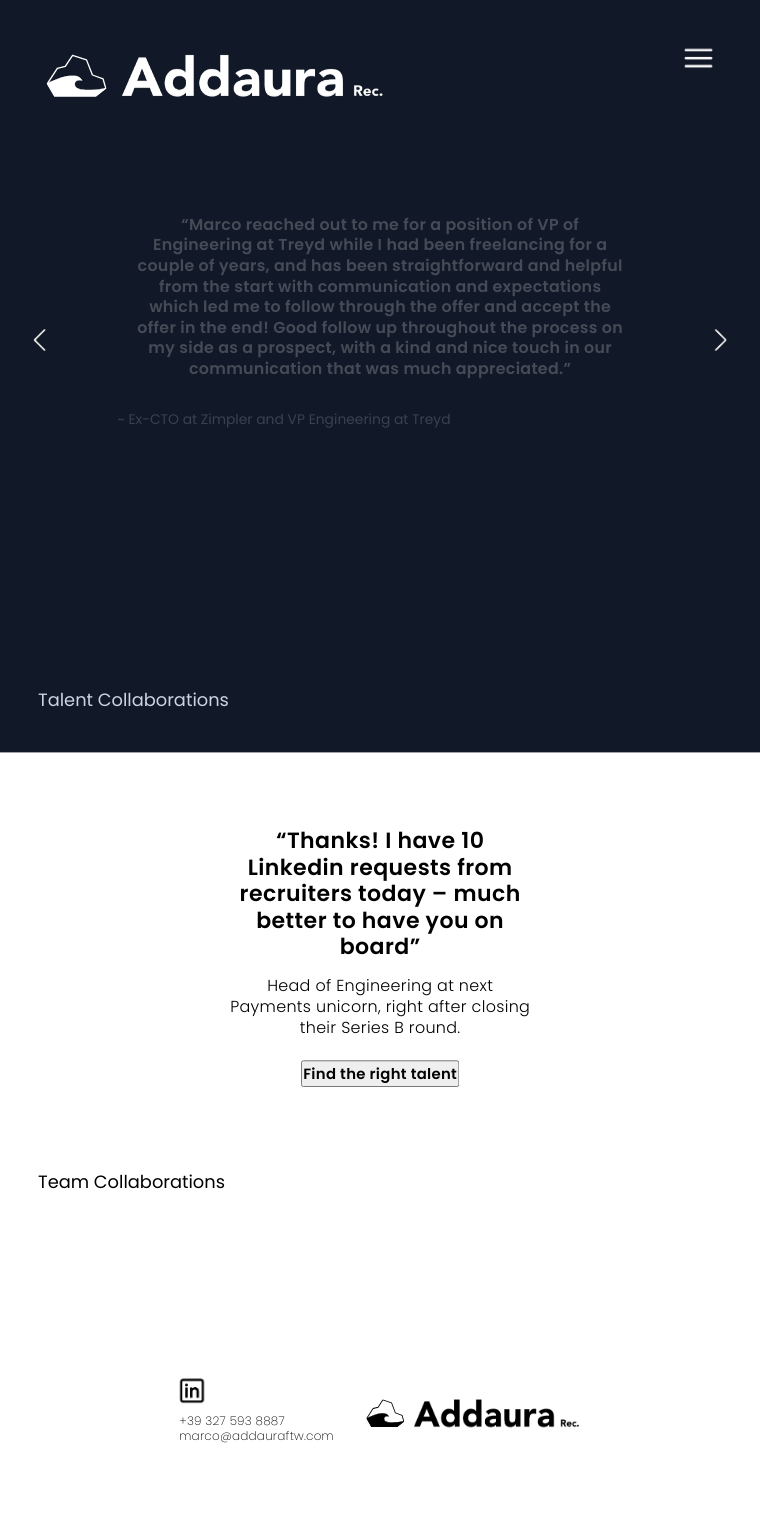
Repository: UnatPannu/Addaura-Trial
Page: public/clients.html
An editor plug-in stored every save of this project. The page is shown before and after the next save, followed by the edit.
The browser window is 768 px wide. The pictures show the whole page, at 99% of full size.

Above is the page before, as saved 2025-09-22 19:37:54.

### public/clients.html
<!DOCTYPE HTML>
<html>
    <head>
        <meta charset="UTF-8">
        <meta name="viewport" content="width=device-width, initial-scale=1.0">
        <link rel="preconnect" href="https://fonts.googleapis.com">
        <link rel="preconnect" href="https://fonts.gstatic.com" crossorigin>
        <link href="https://fonts.googleapis.com/css2?family=Montserrat:ital,wght@0,100..900;1,100..900&family=Poppins:ital,wght@0,100;0,200;0,300;0,400;0,500;0,600;0,700;0,800;0,900;1,100;1,200;1,300;1,400;1,500;1,600;1,700;1,800;1,900&display=swap" rel="stylesheet">
        <link rel="stylesheet" href="styles/styles.css">
        <link rel="stylesheet" href="styles/clients.css">
        <title>Clients - Addaura Rec</title>
        <link rel="icon" href="assets/Addaura-logo/rock.svg" media="(prefers-color-scheme: light)">
        <link rel="icon" href="assets/Addaura-logo/rock-dark.svg" media="(prefers-color-scheme: dark)">
    </head>
    <body class="clients">
        <div class="top-section">
        <header>
        <nav class="navbar" role="navigation" aria-label="Main navigation">
             <a href="index.html" class="mobile-logo">
                <img src="assets/Addaura-logo/logo.svg" alt="Addaura Logo" />
            </a>
                <button class="nav-toggle" aria-label="Toggle menu">
                    <span class="menu-icon"><img src="assets/Icons/nav-toggle.png"/></span>
                    <span class="close-icon"><img src="assets/Icons/nav-cross-white.png"/></span>
                </button>
            <div class="nav-menu">
                <ul class="nav-links">
                    <li><a href="index.html"><img src="assets/Addaura-logo/logo.svg" alt="Addaura Logo" id="nav-logo"/></a></li>
                    <li><a href="about-me.html">About Me</a></li>
                    <li><a href="services.html">Services</a></li>
                    <li id="active"><a href="clients.html">Clients</a></li>
                    <li><a href="contact.html">Contact</a></li>
                    <li><a href="#">Blog</a></li>
                    <li><a href="send-cv.html" id="cv-button">Send CV</a></li>
                </ul>
            </div>
        </nav>
        </header>
        <section class="testimonials-section">
  <div class="testimonials-wrapper">
    <button class="arrow left"><img src="assets/Icons/left-arrow.svg" alt="Prev"></button>
    <div class="testimonial-2 fade">
      <p>“I've had the pleasure of engaging with Marco in his role as recruiter and find him to be a diligent, persistent and focused individual.”</p>
      <span>~ Ex-Klarna, Spotify, and Volvo Cars Engineering and Product leader</span>
    </div>
    <button class="arrow right"><img src="assets/Icons/right-arrow.svg" alt="Next"></button>
  </div>
</section>
</div>
    <div class="bottom-text">Talent Collaborations</div>
    </section>
            <div class="logo-container dark">
                <div class="testimonial-logo"><img src="assets/Client logos/profile-centevo.png" alt="Profile Centevo"/></div>
                <div class="testimonial-logo"><img src="assets/Client logos/flatpay.png" alt="Flatpay"/></div>
                <div class="testimonial-logo"><img src="assets/Client logos/ratepay.png" alt="Ratepay"/></div>
                <div class="testimonial-logo"><img src="assets/Client logos/treyd.png" alt="Treyd"/></div>
                <div class="testimonial-logo"><img src="assets/Client logos/yabie.png" alt="Yabie"/></div>
                <div class="testimonial-logo"><img src="assets/Client logos/paycomplete.png" alt="PayComplete"/></div>
            </div>
        <div class="team-section">
            <h4>“Thanks! I have 10 Linkedin requests from recruiters today – much better to have you on board”</h4>
            <p>Head of Engineering at next Payments unicorn, right after closing their Series B round.</p>
                    <button class="mobile-cta">Find the right talent</button>
            <div class="bottom-text">Team Collaborations</div>
        </div>

        <footer>
            <div class="contact-info">
                <div class="footer-logos">
                    <a href="http://linkedin.com/in/marco-mannino-053960225"><img src="assets/Footer/linkedin-icon.png" alt="Linkedin"/></a>
                </div>
                <p>+39 327 593 8887</p>
                <p>marco@addauraftw.com</p>
            </div>
            <img src="assets/Addaura-logo/logo-black.svg" alt="Addaura" id="Addaura-logo"/>
        </footer>
        <script src="scripts/script.js"></script>
        <script src="scripts/clients.js"></script>
    </body>
    </html>

### public/styles/clients.css
/*Top Section*/
.clients .top-section{
  background-color: #111827;
  height:95vh;
}
.testimonials-section {
  display: flex;
  flex-direction: column;
  justify-content: center;
  align-items: center;
  height: 100vh; /* full height */
  position: relative;
  padding: 20px;
  box-sizing: border-box;
}
.testimonials-wrapper {
  display: flex;
  align-items: center;
  justify-content: center;
  margin-bottom:10%;
  max-width: 900px;
  width: 100%;
  position: relative;
}
.testimonial-2 {
  max-width: 80%;
  text-align: center;
  color:white;
  padding-bottom:5%;
}
.testimonial-2 p {
  font-size: clamp(1.1rem, 1.25vw, 1.5rem); /* ≈ 24px */
  font-weight: var(--semi-bold);
  line-height: 1.5;
  margin-bottom: 5%;
}
.testimonial-2 span {
  font-size: clamp(0.8rem, 0.9vw, 1.06rem);
  color: #cbd5e1;
}
.arrow {
  background: none;
  border: none;
  padding: 0;
  cursor: pointer;
  display: flex;
  align-items: center;
}
.arrow img {
  width: 18px;    /* adjust thinness */
  height: auto;
  opacity: 0.9;
  transition: opacity 0.3s;
}
.arrow:hover img {
  opacity: 0.6;
}
.arrow.left {
  position: absolute;
  left: -50px; /* adjust for layout */
  top: 50%;
  transform: translateY(-50%);
}
.arrow.right {
  position: absolute;
  right: -50px;
  top: 50%;
  transform: translateY(-50%);
}
.fade {
  animation: fadeEffect 0.6s;
}
/*Team Collaborations*/
.team-section{
  width:100vw;
  height:50vh;
  position:relative;
  margin-top:10%;
  margin-bottom:8%;
  text-align:center;
}
.team-section p{
  font-weight:300;
}
.team-section h4,.team-section p{
  width:40%;
  margin-inline:auto;
  margin-bottom:2%;
}
.team-section .bottom-text{
  color:black;
  position:absolute;
  bottom:30px;
}
.logo-container.dark {
  overflow: auto;
  scrollbar-width: none;
  -ms-overflow-style: none;
  background-color: white;
  gap: 5%;
  padding: 2%;
  margin-left: -7%;
  margin-top:1%;
}
.logo-container.dark .testimonial-logo {
  background-color: #111827; /* switched */
}
.logo-container.dark::-webkit-scrollbar {
  display: none;
}
.bottom-text {
  position: absolute;
  left: 5%;
  bottom:10%;
  font-size: 0.75rem;
  color: #cbd5e1;
  z-index:2;
}
@media (max-width: 1024px) {
.arrow.left {
    left: 10px;   /* keep inside */
  }
  .arrow.right {
    right: 10px;  /* keep inside */
  }
  .arrow img {
    width: 20px;  /* a bit smaller for mobile */
    padding-inline:15%;
  }
  .testimonial-2 p{
    max-width: 90%;
    margin: 0 auto;
  }
  .testimonial-2 span{
    max-width:70%;
    padding-left:5%;
  }
  .logo-container.dark img{
    width:100%;
  }
}
/*Mobile Only*/
@media(max-width:768px){
    .clients .testimonial-2 p{
    width:85%;
    font-size: clamp(16px, 1.6vw, 23px);
    display:block;
    margin-inline:auto;
    margin-bottom:5%;
  }
  .clients .testimonial-2 span{
    max-width:85%;
    font-size: clamp(14px, 1.5vw, 15px);
    display:block;
    padding-left:26px;
    text-align:justify;
  }
  .logo-container.dark{
    display:none;
  }
  .mobile-cta button{
    display:block;
    border-radius:40px;
    background-color:black;
    color:white;
  }
}

Loaded but not shown: public/scripts/script.js (87 lines, source omitted); public/scripts/clients.js (40 lines, source omitted); public/styles/styles.css (1166 lines, source omitted)

After the next save:
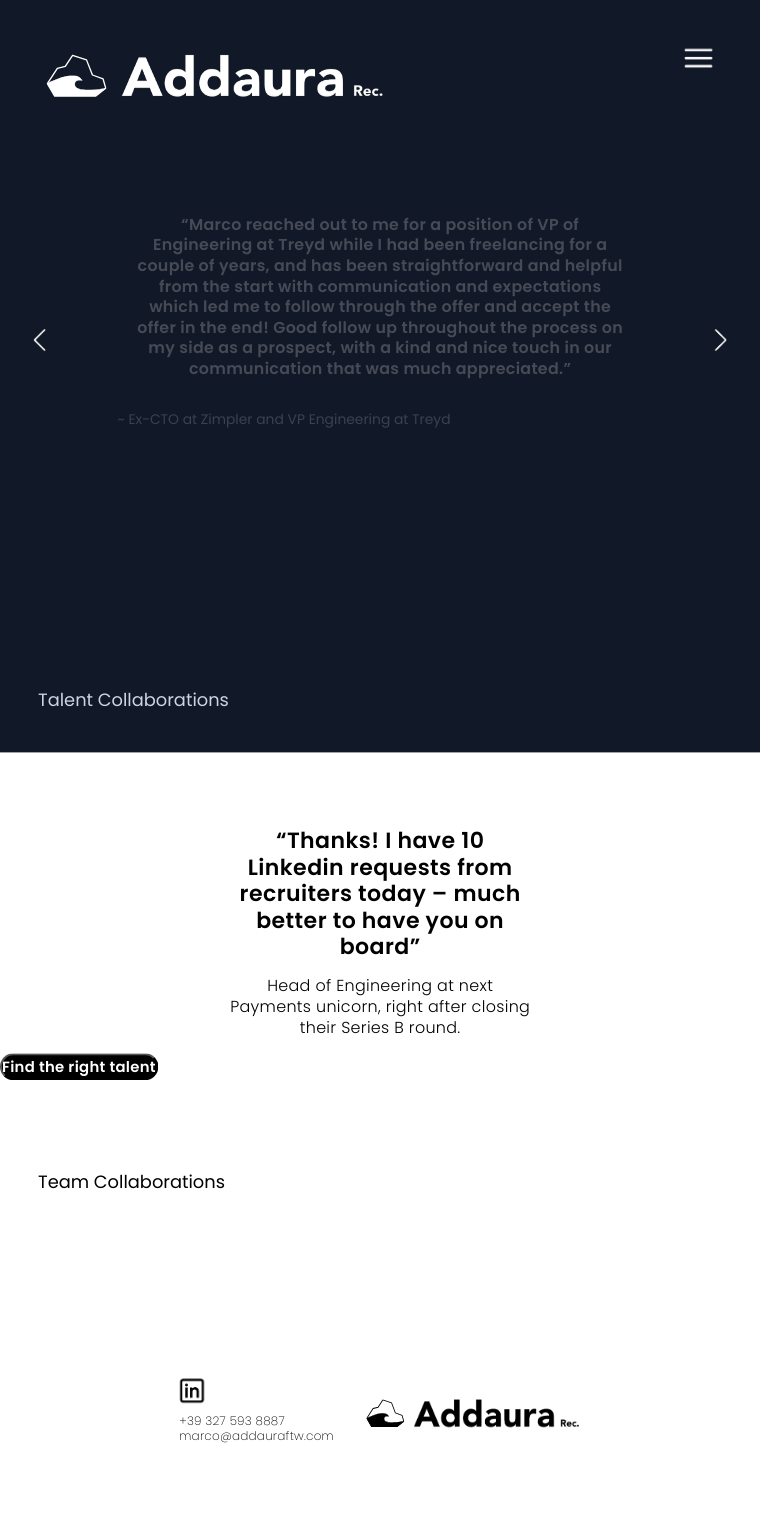
Saved 6 s later.
--- a/public/styles/clients.css
+++ b/public/styles/clients.css
@@ -158,7 +158,7 @@
   .logo-container.dark{
     display:none;
   }
-  .mobile-cta button{
+  .mobile-cta{
     display:block;
     border-radius:40px;
     background-color:black;
